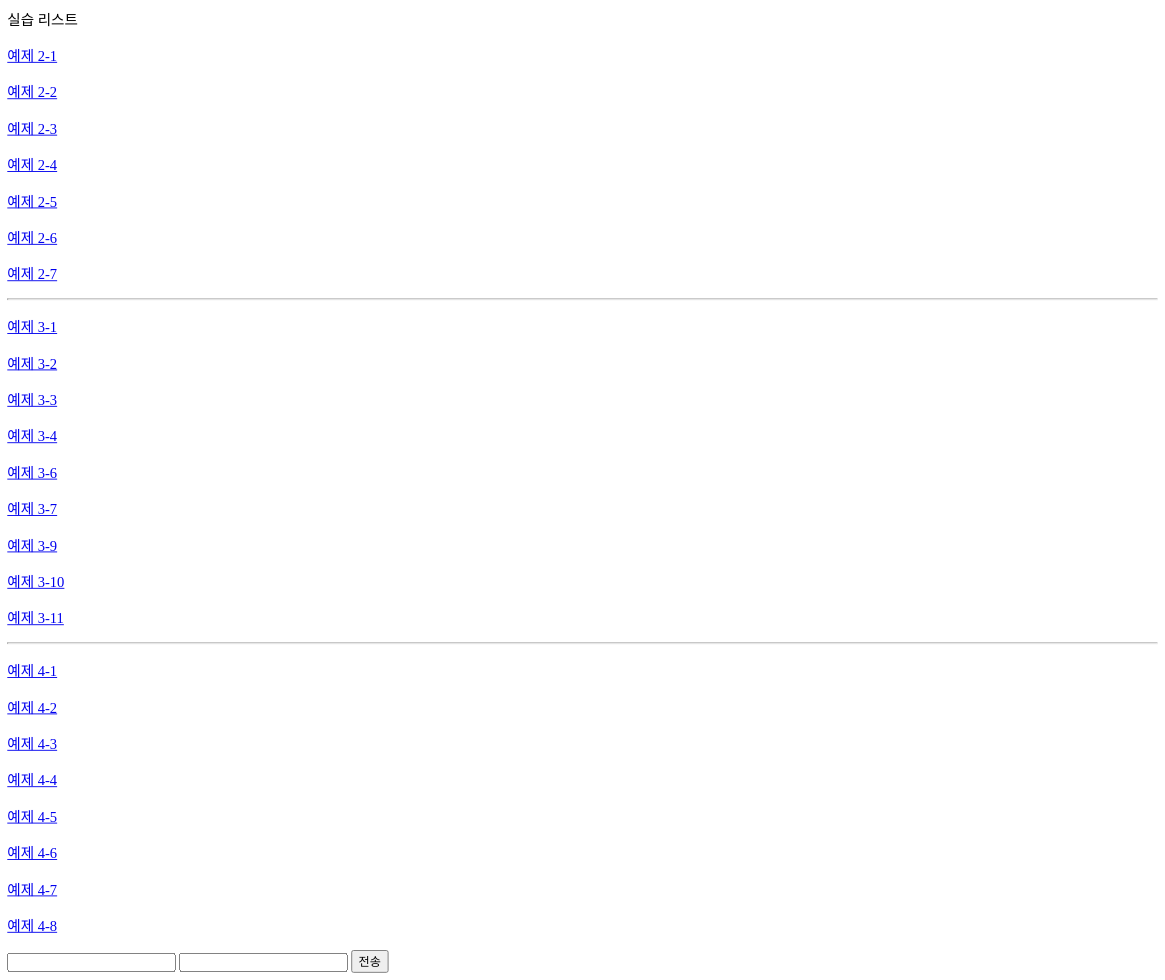
Repository: yeom724/JSP_test
Page: http://localhost/jspbook/
These files come from the project's save history. The page is drawn as it stood at one moment and after the next save; the edit follows.
The browser window is 1280 px wide. The pictures show the whole page, at 91% of full size.
The page is served by Tomcat 10. Other server files are loaded and not shown.

Above is the page before, as saved 2024-10-10 06:21:24.

### jspbook/src/main/webapp/index.jsp
<%@ page language="java" contentType="text/html; charset=UTF-8"
    pageEncoding="UTF-8"%>
<!DOCTYPE html>
<html>
<head>
<meta charset="UTF-8">
<title>Insert title here</title>
</head>
<body>
	실습 리스트
	<p><a href="ex2-1">예제 2-1</a></p>
	<p><a href="ex2-2">예제 2-2</a></p>
	<p><a href="ex2-3">예제 2-3</a></p>
	<p><a href="ex2-4">예제 2-4</a></p>
	<p><a href="ex2-5">예제 2-5</a></p>
	<p><a href="ex2-6">예제 2-6</a></p>
	<p><a href="ex2-7">예제 2-7</a></p>
	<hr></hr>
	<p><a href="ex3-1">예제 3-1</a></p>
	<p><a href="ex3-2">예제 3-2</a></p>
	<p><a href="ex3-3">예제 3-3</a></p>
	<p><a href="ex3-4">예제 3-4</a></p>
	<p><a href="ex3-6">예제 3-6</a></p>
	<p><a href="ex3-7">예제 3-7</a></p>
	<p><a href="ex3-9">예제 3-9</a></p>
	<p><a href="ex3-10">예제 3-10</a></p>
	<p><a href="ex3-11">예제 3-11</a></p>
	<hr></hr>
	<p><a href="ex4-1">예제 4-1</a></p>
	<p><a href="ex4-2">예제 4-2</a></p>
	<p><a href="ex4-3">예제 4-3</a></p>
	<p><a href="ex4-4">예제 4-4</a></p>
	<p><a href="ex4-5">예제 4-5</a></p>
	<p><a href="ex4-6">예제 4-6</a></p>
	<p><a href="ex4-7">예제 4-7</a></p>
	<p><a href="ex4-8">예제 4-8</a></p>

	<form action="ex4_0" method="get">
		<input type="text" name ="id" />
		<input type="text" name ="name" />
		<input type="submit" value="전송" />
	</form>
</body>
</html>

After the next save:
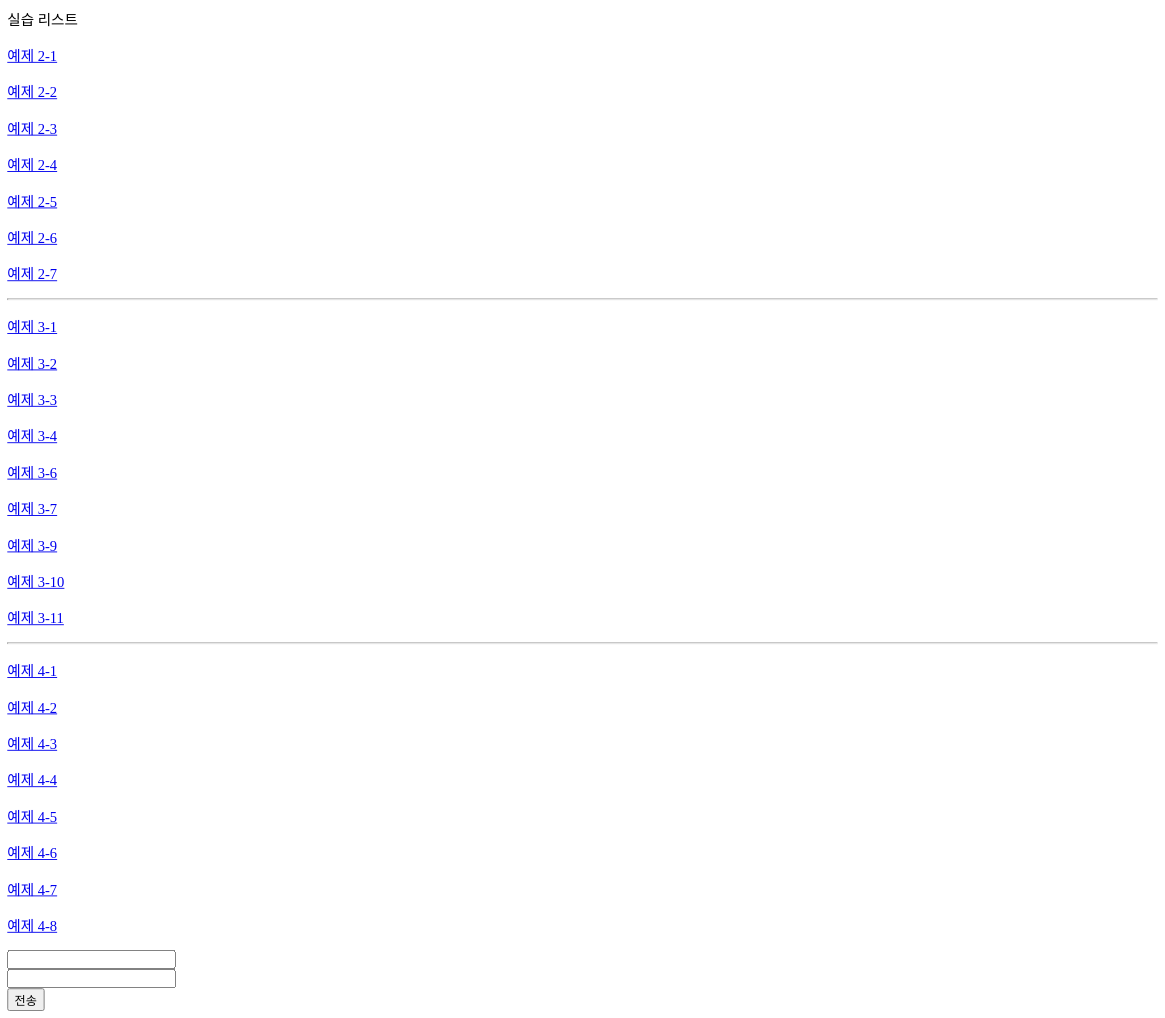
Saved 44 s later.
--- a/jspbook/src/main/webapp/index.jsp
+++ b/jspbook/src/main/webapp/index.jsp
@@ -36,8 +36,8 @@
 	<p><a href="ex4-8">예제 4-8</a></p>
 
 	<form action="ex4_0" method="get">
-		<input type="text" name ="id" />
-		<input type="text" name ="name" />
+		<input type="text" name ="id" /><br>
+		<input type="text" name ="name" /><br>
 		<input type="submit" value="전송" />
 	</form>
 </body>
